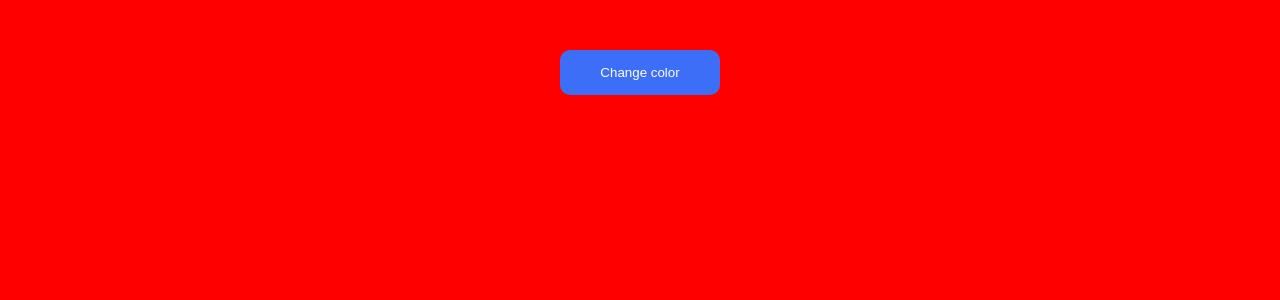
Repository: tungts3qb/Javascript
Page: background-changing.html
These files come from the project's save history. The page is drawn as it stood at one moment and after the next save; the edit follows.
The browser window is 1280 px wide. The pictures show the whole page.
After loading, the first visible `button.change` was clicked once.

Above is the page before, as saved 2022-12-22 23:23:25.

After the next save:
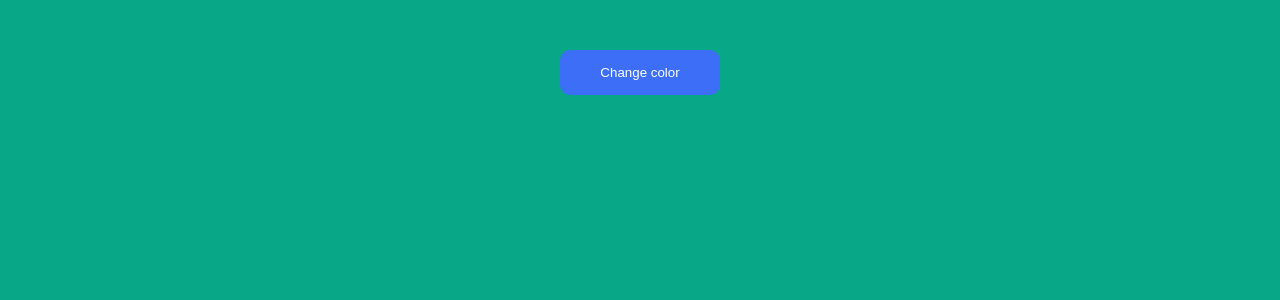
Saved 32 s later.
--- a/background-changing.js
+++ b/background-changing.js
@@ -10,5 +10,5 @@ const colors = [
 button.addEventListener("click", function () {
   //   document.body.setAttribute("style", "background-color : red");
   const color = colors[Math.floor(Math.random() * colors.length)];
-  document.body.style.backgroundColor = "red";
+  document.body.style.backgroundColor = color;
 });
